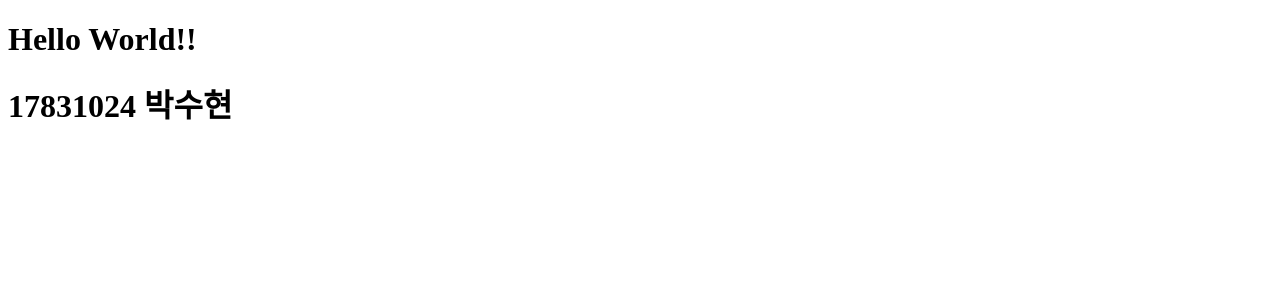
Repository: hyun5292/school
Page: http://localhost/PSH_0921/FirstFile.jsp
The author's editor kept a copy of each file at every save. The page is drawn from the files as they stood at one save, then again after the next save.
The browser window is 1280 px wide. The pictures show the whole page.
The page is served by Tomcat 9.

Above is the page before, as saved 2018-09-21 05:51:08.

### JSP2-2/PSH_0921/PSH_0921/WebContent/FirstFile.jsp
<%@ page language="java" contentType="text/html; charset=EUC-KR"
    pageEncoding="EUC-KR"%>
<!DOCTYPE html>
<html>
<head>
<meta charset="EUC-KR">
<title>Insert title here</title>
</head>
<body>
	<h1>Hello World!!</h1>
	<h1>17831024 박수현</h1>
</body>
</html>

After the next save:
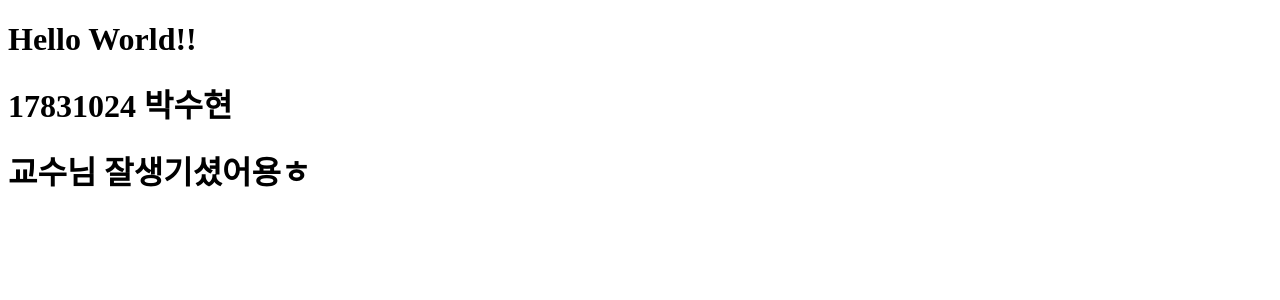
Saved 114 min 38 s later.
--- a/JSP2-2/PSH_0921/PSH_0921/WebContent/FirstFile.jsp
+++ b/JSP2-2/PSH_0921/PSH_0921/WebContent/FirstFile.jsp
@@ -9,5 +9,7 @@
 <body>
 	<h1>Hello World!!</h1>
 	<h1>17831024 박수현</h1>
+	<h1>교수님 잘생기셨어용ㅎ</h1>
+
 </body>
 </html>
